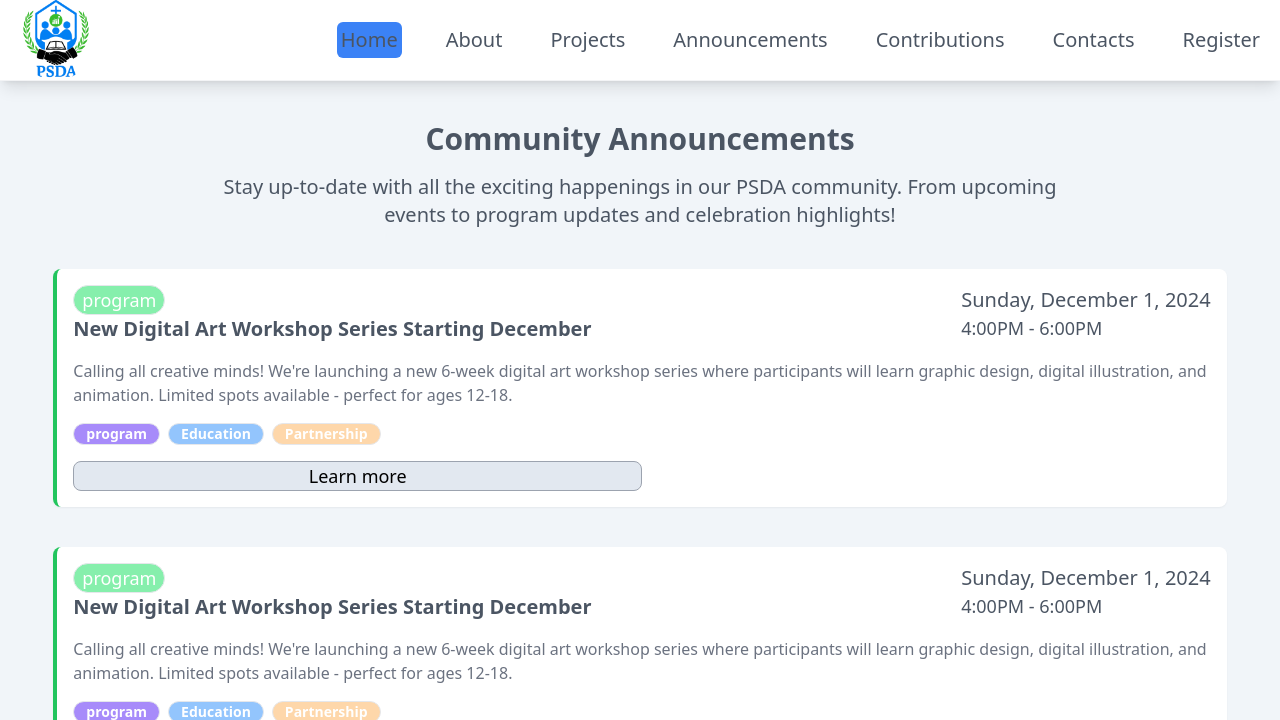
Repository: Zedestar/psda
Page: /announcements
These files come from the project's save history. The page is drawn as it stood at one moment and after the next save; the edit follows.
The browser window is 1280 px wide. The pictures show the whole page.
An inner scrolling area shows only its first screen. The project was rebuilt for these pictures with package versions that can differ from the ones it lists, and the page was loaded fresh each time. Also part of the build but not shown: src/components/cards/primary-card.jsx, src/components/cards/two-lines-card.jsx, src/components/homepic/index.jsx, src/pages/home/what-we-do.js, src/pages/home/what_makes_psda_special_data.js, src/components/gridOrganizerContainer/index.jsx, src/pages/home/make_difference_data.js, src/pages/home/home.jsx and 35 more.

Above is the page before, as saved 2025-08-09 15:26:05.

After the next save:
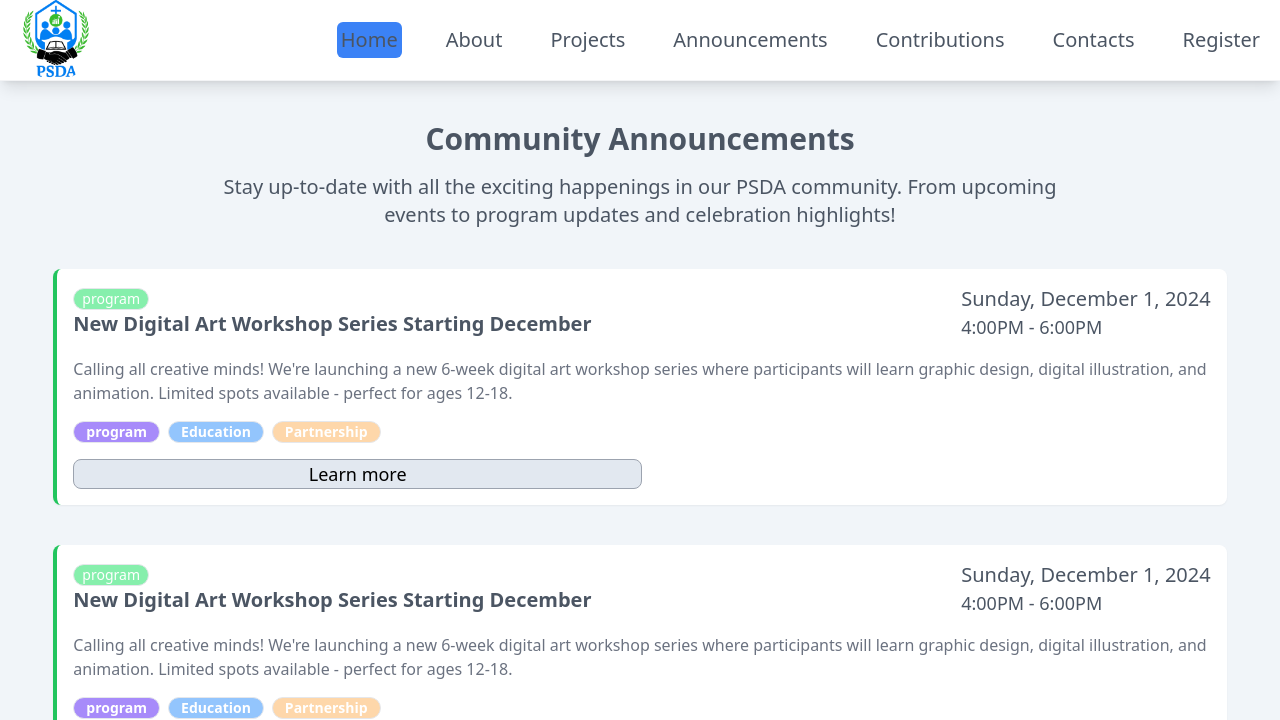
Saved 28 s later.
--- a/src/components/cards/announcement-card.jsx
+++ b/src/components/cards/announcement-card.jsx
@@ -6,7 +6,7 @@ function AnnouncementCard() {
     <div className="flex flex-col bg-white border-l-4 border-green-500 mx-4 p-4 rounded-lg shadow-sm hover:shadow-lg hover:scale-105 transition w-11/12 space-y-4">
       <div className="flex items-center justify-between space-x-2  ">
         <div>
-          <p className="bg-green-300 text-lg border border-gray-200 px-2 w-fit flex items-center justify-center rounded-full text-white">
+          <p className="bg-green-300 text-sm border border-gray-200 px-2 w-fit flex items-center justify-center rounded-full text-white">
             program
           </p>
           <p className="text-xl font-bold text-gray-600">
